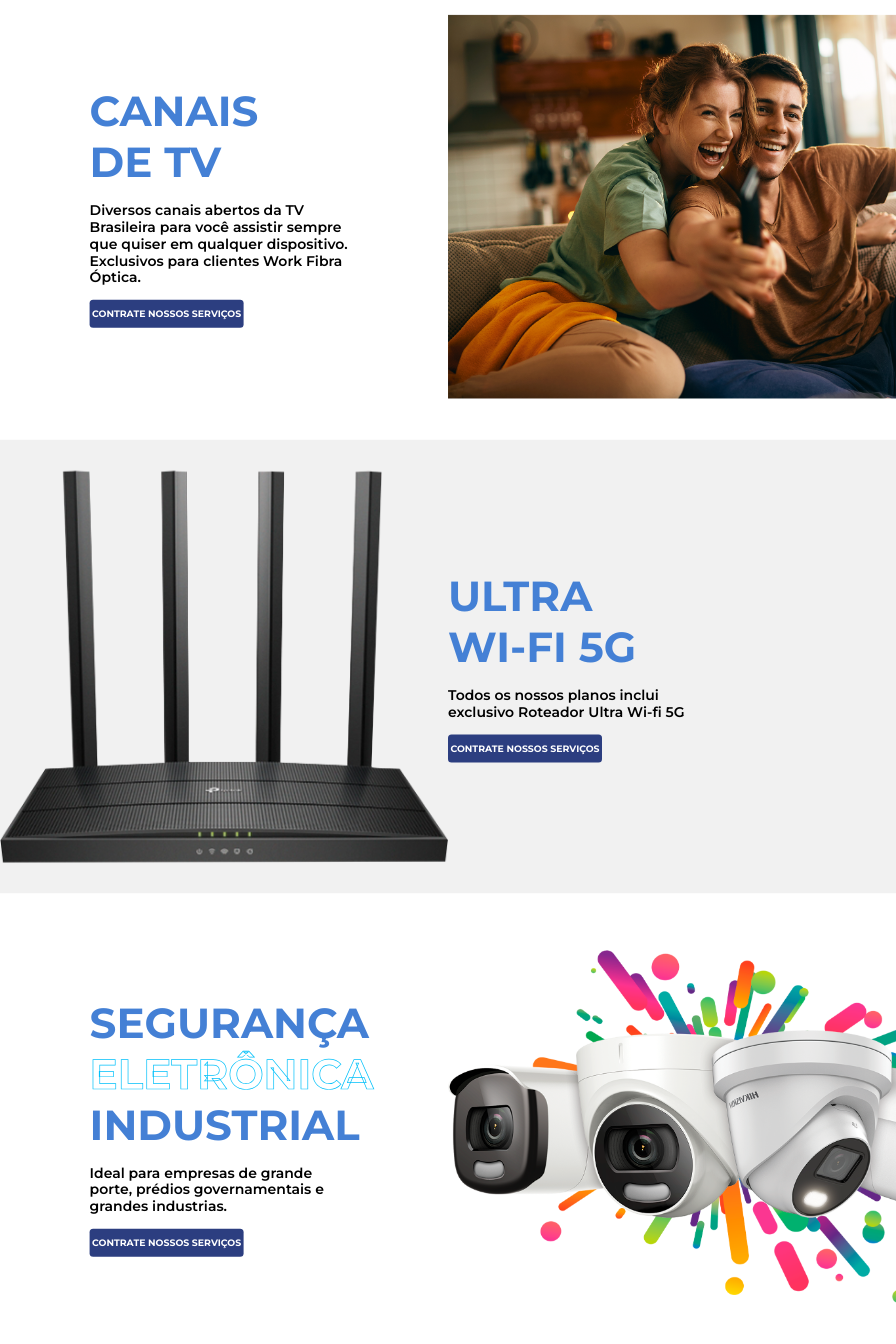
Repository: mateus-henrique-silva/WorkBandaLarga
Page: site_work/src/Pages/campos.html
The author's editor kept a copy of each file at every save. The page is drawn from the files as they stood at one save, then again after the next save.
The browser window is 1280 px wide. The pictures show the part of the page from y = 1735 to 3655 px (the page is 5184 px tall), at 70% of full size.
Backgrounds fixed to the window are drawn as part of the page. Some web fonts or font styles are not loaded; a fallback is used.

Above is the page before, as saved 2022-09-21 08:22:28.

After the next save:
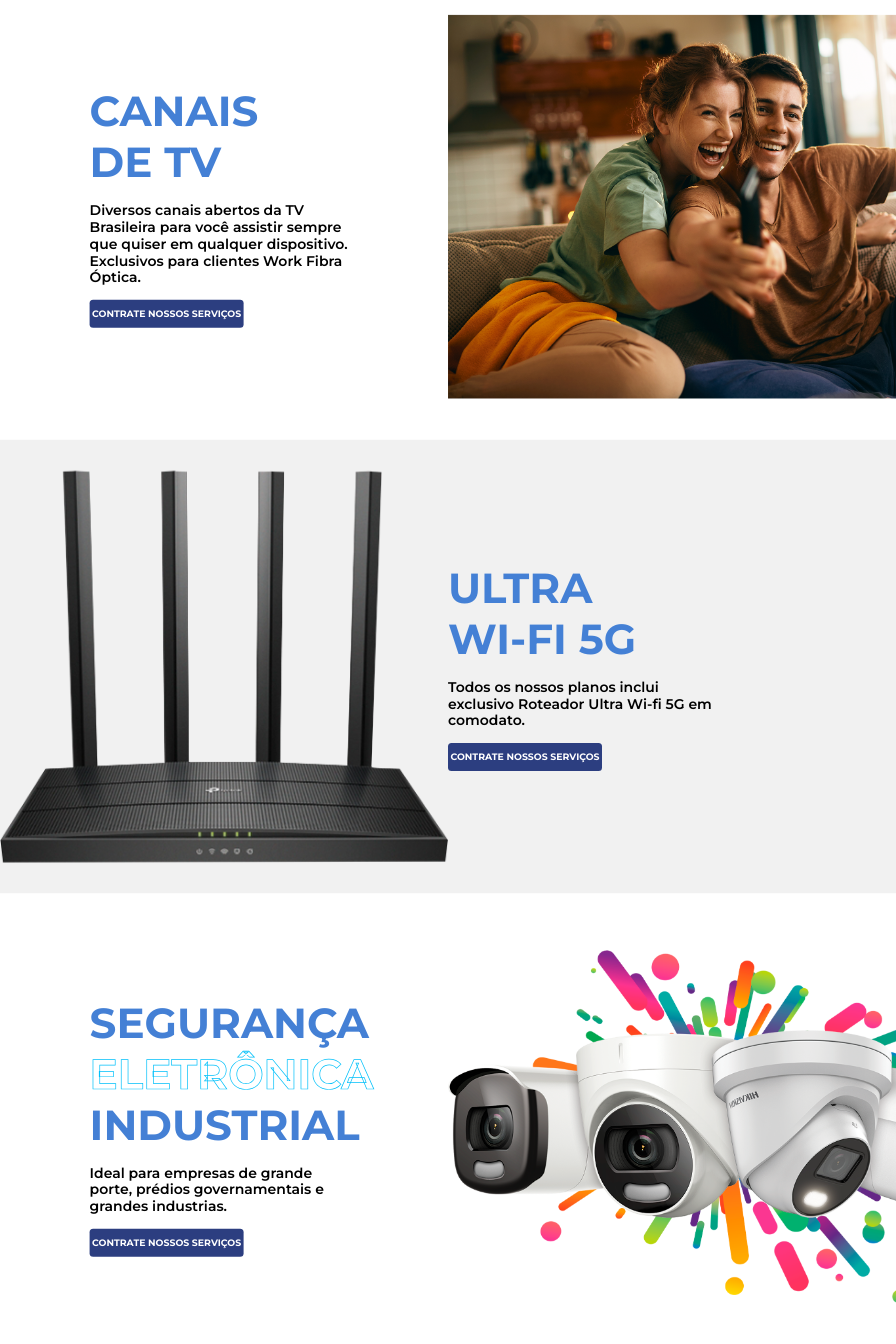
Saved 9 s later.
--- a/site_work/src/Pages/campos.html
+++ b/site_work/src/Pages/campos.html
@@ -436,7 +436,7 @@
         <div class="just-text">
           <h2>ULTRA <br> WI-FI 5G</h2>
           <p>
-          Todos os nossos planos inclui exclusivo Roteador Ultra Wi-fi 5G
+          Todos os nossos planos inclui exclusivo Roteador Ultra Wi-fi 5G em comodato.
           </p>
           <button onclick="onClickLink()" class="btn-king">
             Contrate nossos serviços
